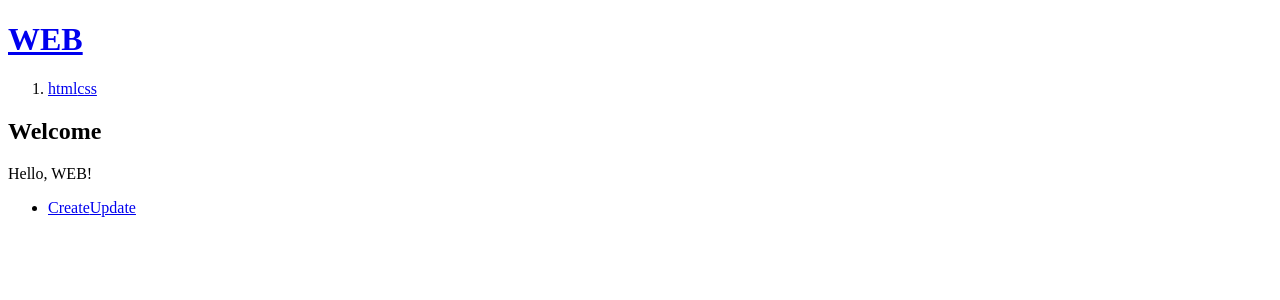
Repository: dnjfht/next_app
Page: /
An editor plug-in stored every save of this project. The page is shown before and after a run of saves, followed by the edit.
The browser window is 1280 px wide. The pictures show the whole page.
The project was rebuilt for these pictures with package versions that can differ from the ones it lists, and the page was loaded fresh each time. The framework's server and built-in components were replaced by stand-ins that run in the browser. Also part of the build but not shown: next.config.js, src/app/globals.css.

Above is the page before, as saved 2023-09-07 18:05:31.

### src/app/layout.js
import "./globals.css";

export const metadata = {
  title: "Create Next App",
  description: "Generated by create next app",
};

export default function RootLayout({ children }) {
  return (
    <html>
      <body>
        <h1>
          <a href="/">WEB</a>
        </h1>
        <ol>
          <li>
            <a href="/read/1">html</a>
            <a href="/read/2">css</a>
          </li>
        </ol>

        {children}

        <ul>
          <li>
            <a href="/create">Create</a>
            <a href="/update/1">Update</a>
          </li>
        </ul>
      </body>
    </html>
  );
}

### src/app/page.js
export default function Home() {
  return (
    <>
      <h2>Welcome</h2>
      Hello, WEB!
    </>
  );
}

After the next 2 saves:
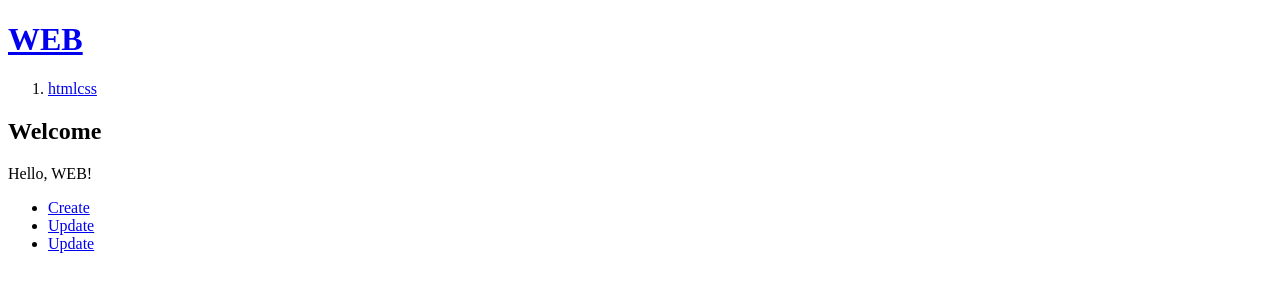
The 2 saves are shown as one change because they came seconds apart.
The last was saved 17 s later.
--- a/src/app/layout.js
+++ b/src/app/layout.js
@@ -24,6 +24,11 @@
         <ul>
           <li>
             <a href="/create">Create</a>
+          </li>
+          <li>
+            <a href="/update/1">Update</a>
+          </li>
+          <li>
             <a href="/update/1">Update</a>
           </li>
         </ul>
